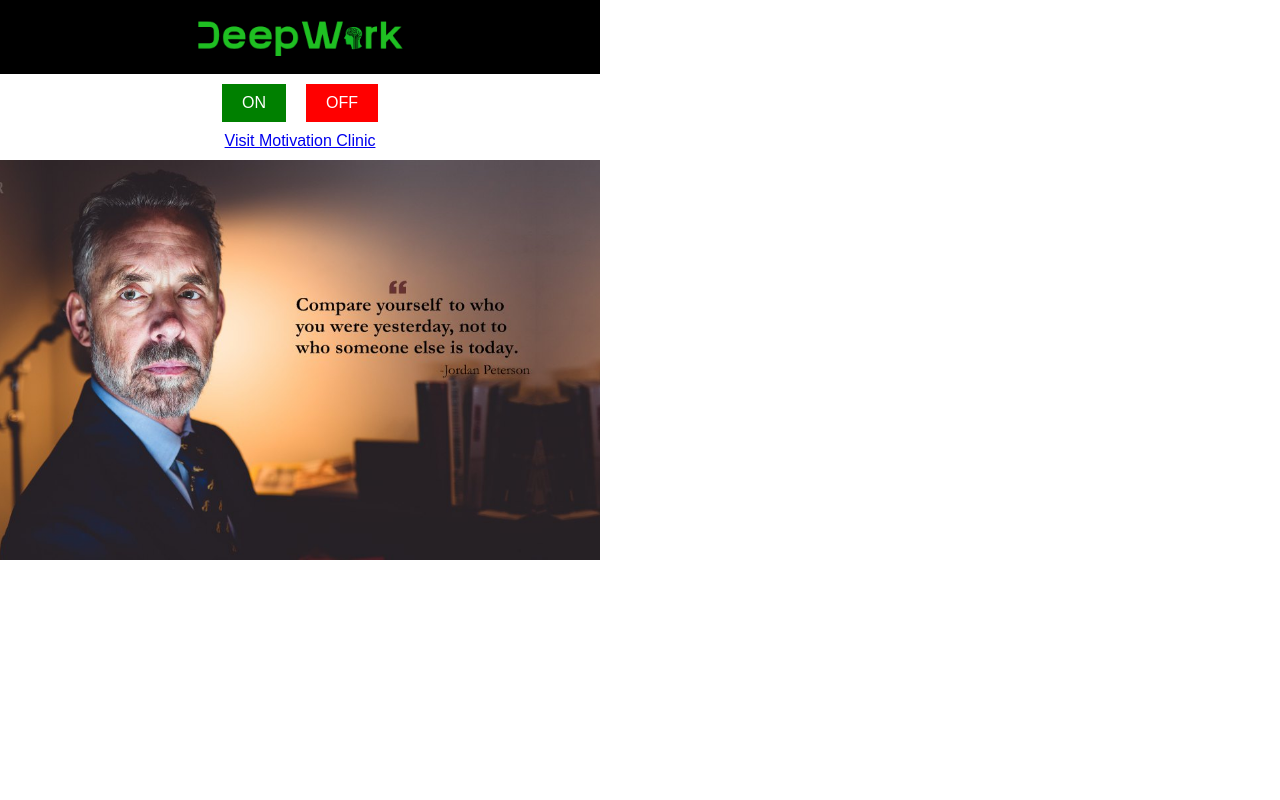
Repository: fechinmitchell/MFM
Page: blocked.html
These files come from the project's save history. The page is drawn as it stood at one moment and after the next save; the edit follows.
The browser window is 1280 px wide. The pictures show the whole page.

Above is the page before, as saved 2023-07-12 20:08:42.

### blocked.html
<!DOCTYPE html>
<html>
<head>
  <style>
    body {
      width: 600px;
      height: 800px;
      margin: 0;
      font-family: Arial, sans-serif;
    }
    .banner {
      background-color: black;
      color: white;
      padding: 10px;
      text-align: center;
    }
    .buttons {
      display: flex;
      justify-content: center;
      margin: 10px 0;
    }
    .on-button,
    .off-button {
      border: none;
      padding: 10px 20px;
      margin: 0 10px;
      font-size: 16px;
      cursor: pointer;
    }
    .on-button {
      background-color: green;
      color: white;
    }
    .off-button {
      background-color: red;
      color: white;
    }
    .link {
      display: block;
      text-align: center;
      margin-bottom: 10px;
    }
  </style>
</head>
<body>
  <div class="banner">
    <img src="images/logo.png" alt="Logo">
  </div>
  <div class="buttons">
    <button class="on-button">ON</button>
    <button class="off-button">OFF</button>
  </div>
  <a class="link" href="https://motivationclinic.com" target="_blank">Visit Motivation Clinic</a>
  <img src="images/blocked.jpeg" style="width:100%;height:calc(70% - 160px);object-fit:cover;">
</body>
</html>

After the next save:
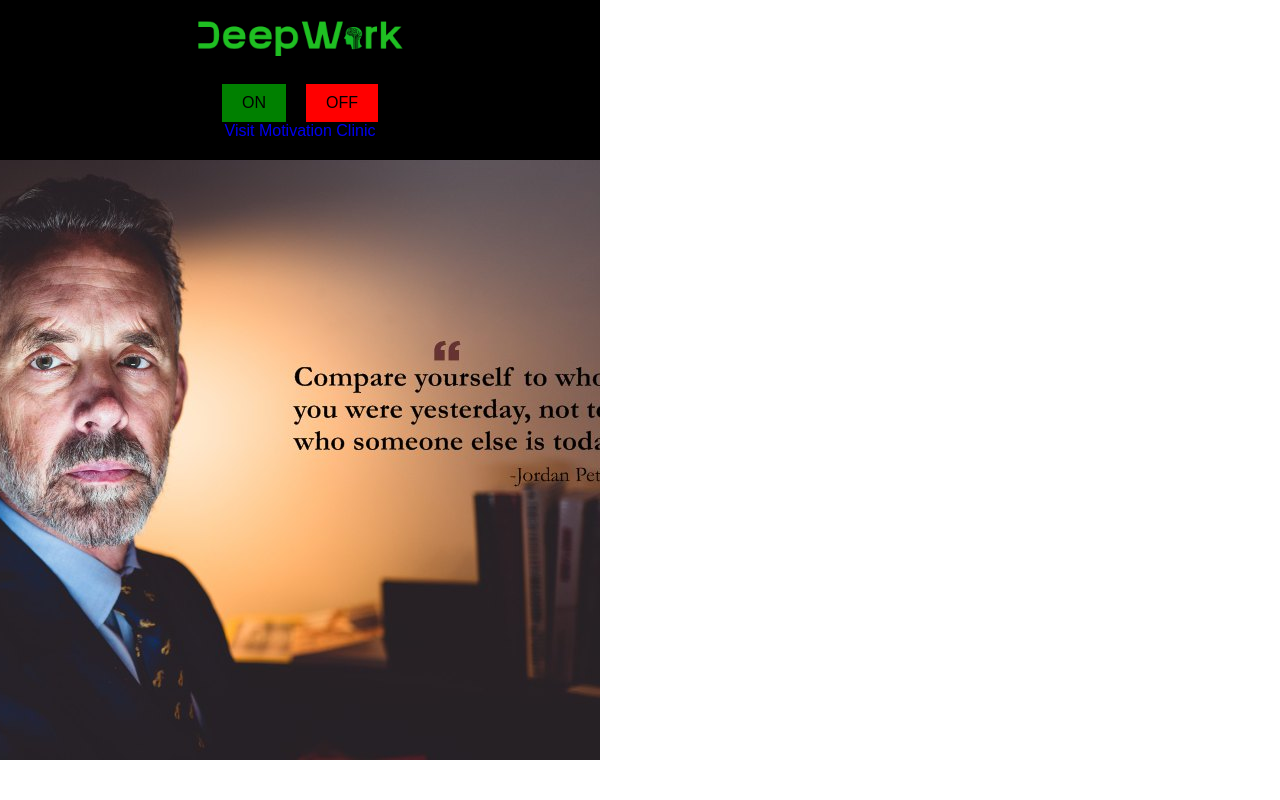
Saved 2 min 10 s later.
--- a/blocked.html
+++ b/blocked.html
@@ -14,10 +14,14 @@
       padding: 10px;
       text-align: center;
     }
+    .control-panel {
+      background-color: black;
+      color: white;
+      padding: 10px 0;
+    }
     .buttons {
       display: flex;
       justify-content: center;
-      margin: 10px 0;
     }
     .on-button,
     .off-button {
@@ -29,16 +33,15 @@
     }
     .on-button {
       background-color: green;
-      color: white;
     }
     .off-button {
       background-color: red;
-      color: white;
     }
     .link {
       display: block;
       text-align: center;
       margin-bottom: 10px;
+      text-decoration: none;
     }
   </style>
 </head>
@@ -46,11 +49,13 @@
   <div class="banner">
     <img src="images/logo.png" alt="Logo">
   </div>
-  <div class="buttons">
-    <button class="on-button">ON</button>
-    <button class="off-button">OFF</button>
+  <div class="control-panel">
+    <div class="buttons">
+      <button class="on-button">ON</button>
+      <button class="off-button">OFF</button>
+    </div>
+    <a class="link" href="https://motivationclinic.com" target="_blank">Visit Motivation Clinic</a>
   </div>
-  <a class="link" href="https://motivationclinic.com" target="_blank">Visit Motivation Clinic</a>
-  <img src="images/blocked.jpeg" style="width:100%;height:calc(70% - 160px);object-fit:cover;">
+  <img src="images/blocked.jpeg" style="width:100%;height:calc(100% - 200px);object-fit:cover;">
 </body>
 </html>
